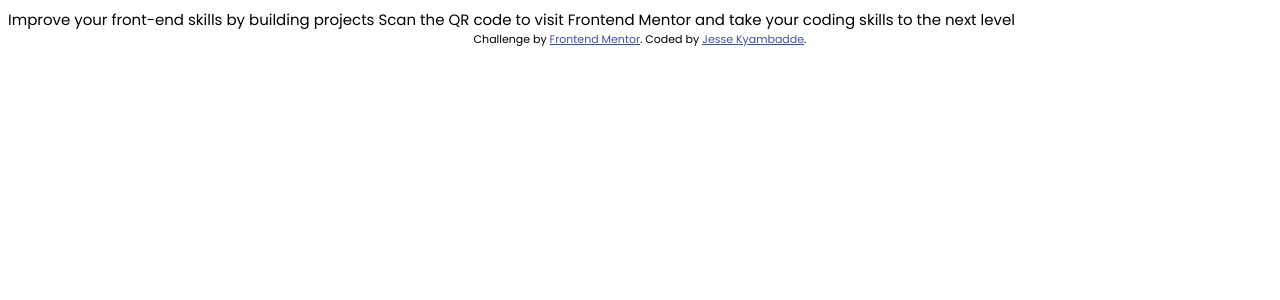
Repository: jesar-enl/qr-code-component-main-sample
Page: index.html
The author's editor kept a copy of each file at every save. The page is drawn from the files as they stood at one save, then again after a run of saves.
The browser window is 1280 px wide. The pictures show the whole page.

Above is the page before, as saved 2022-03-04 08:49:28.

After the next 5 saves:
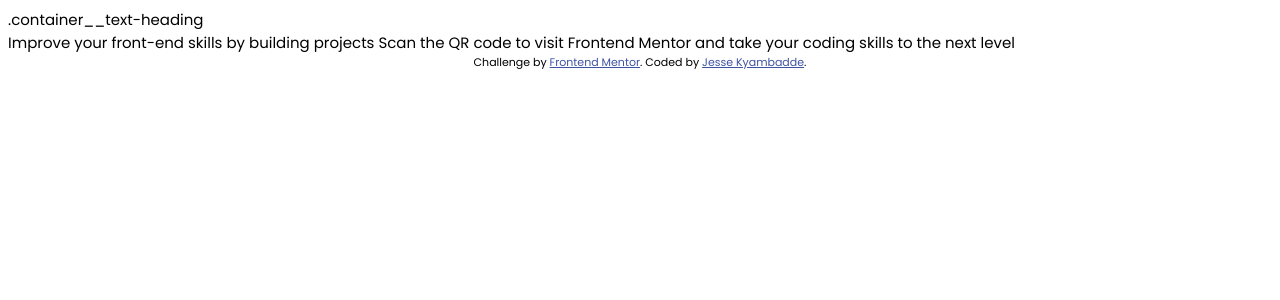
The 5 saves are shown as one change because they came seconds apart.
The last was saved 24 s later.
--- a/index.html
+++ b/index.html
@@ -22,7 +22,7 @@
 
     </div>
     <div class="container__text">
-
+      .container__text-heading
     </div>
   </div>
 
